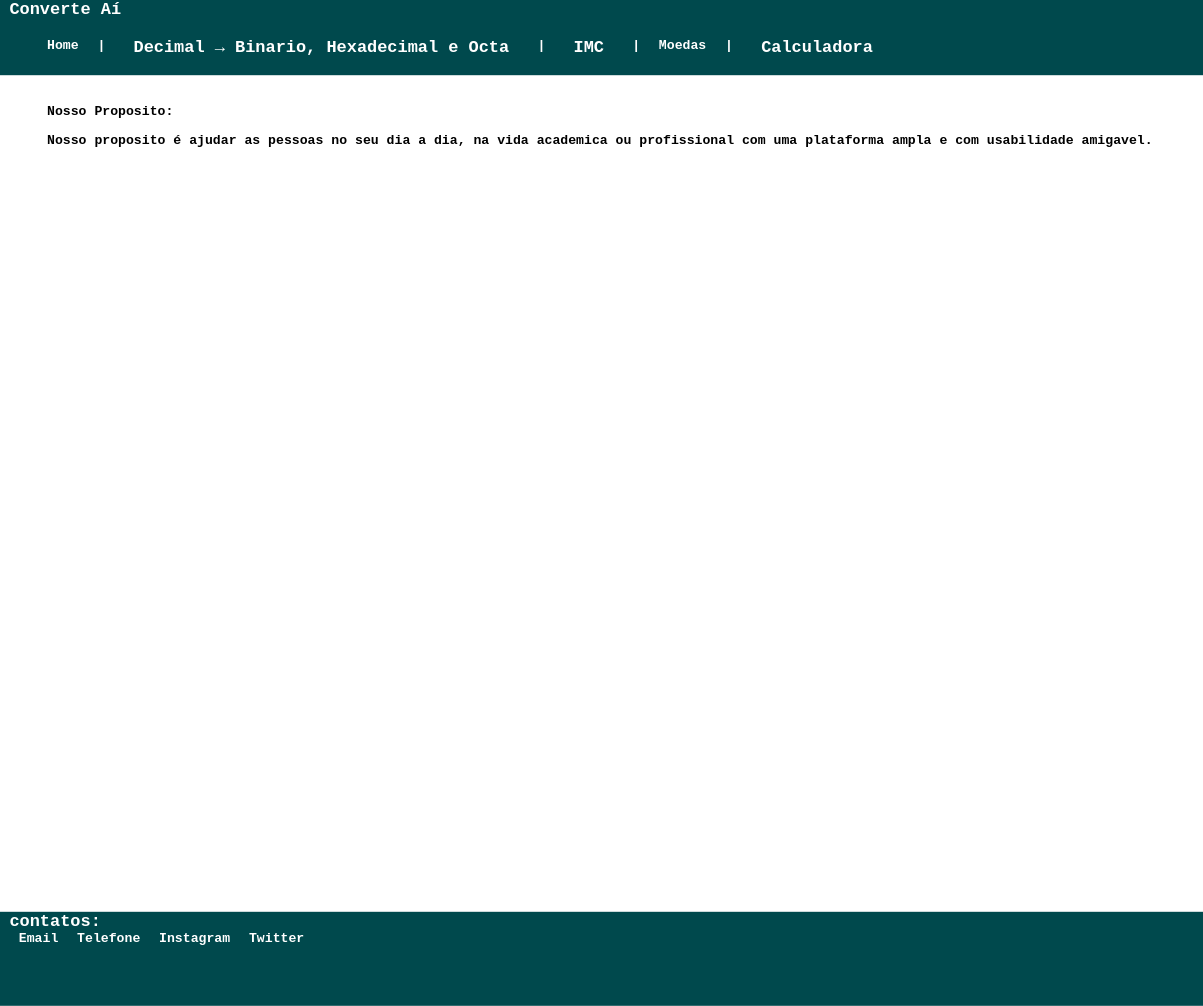
Repository: Frav1u/converteai
Page: ConverteAi/src/main/webapp/home.html
An editor plug-in stored every save of this project. The page is shown before and after the next save, followed by the edit.
The browser window is 1280 px wide. The pictures show the whole page, at 94% of full size.
Some web fonts or font styles are not loaded; a fallback is used.

Above is the page before, as saved 2023-09-30 23:09:16.

After the next save:
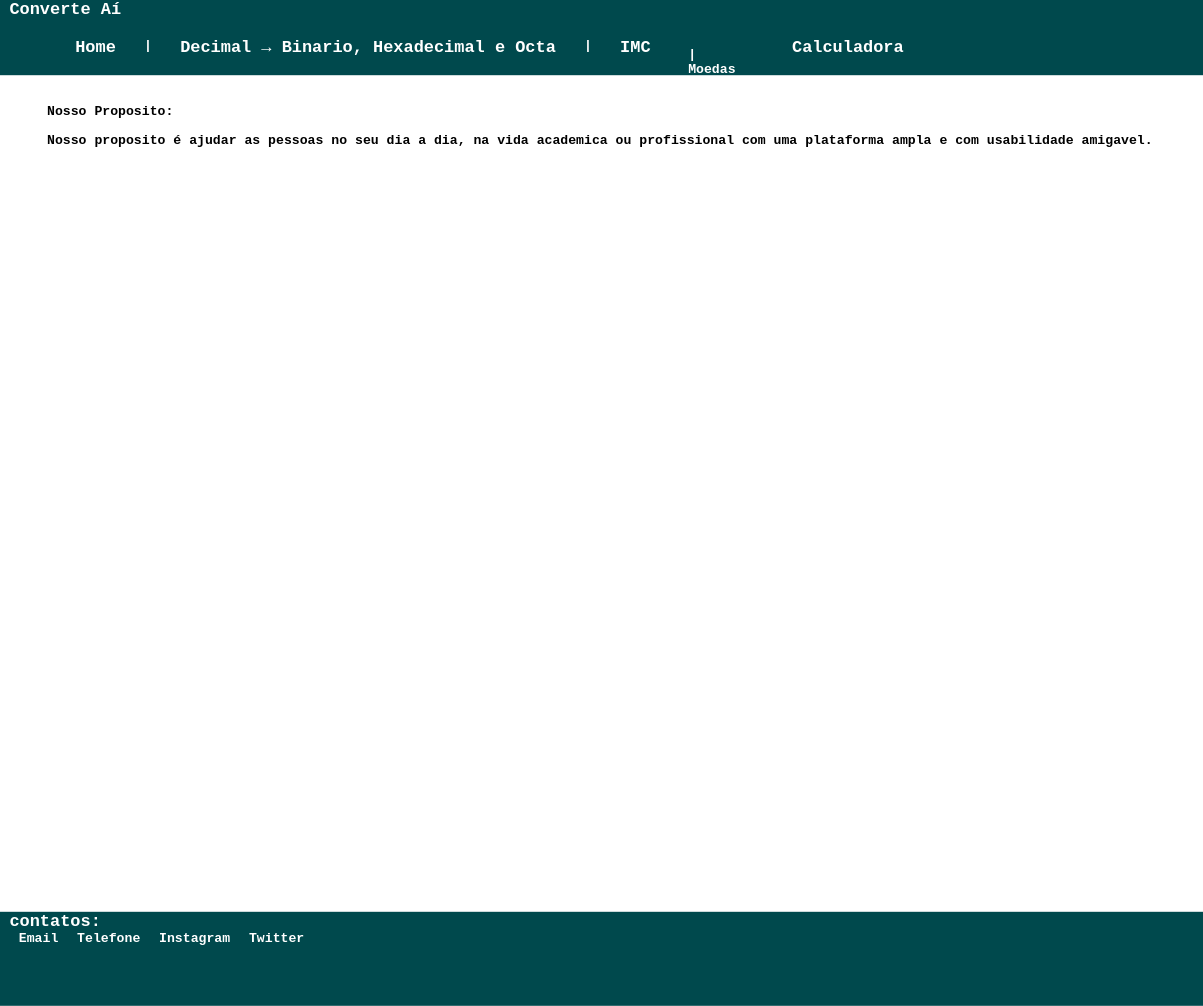
Saved 6 s later.
--- a/ConverteAi/src/main/webapp/home.html
+++ b/ConverteAi/src/main/webapp/home.html
@@ -12,11 +12,11 @@
 		<a>Converte Aí</a>
 		<nav>
 			<ul class="menu">
-				<l>Home</l>
+				<li><a href="home.html">Home</a></li>
 				<li>  |  </li>
 				<li><a href="decimalParaBinario.html">Decimal → Binario, Hexadecimal e Octa</a></li>
 				<li>  |  </li>
-				<li><a href="imc.html">IMC</a></li>
+				<li><a href="imc.html">IMC</></li>
 				<li>  |  </li>
 				<li>Moedas</li>
 				<li>  |  </li>
